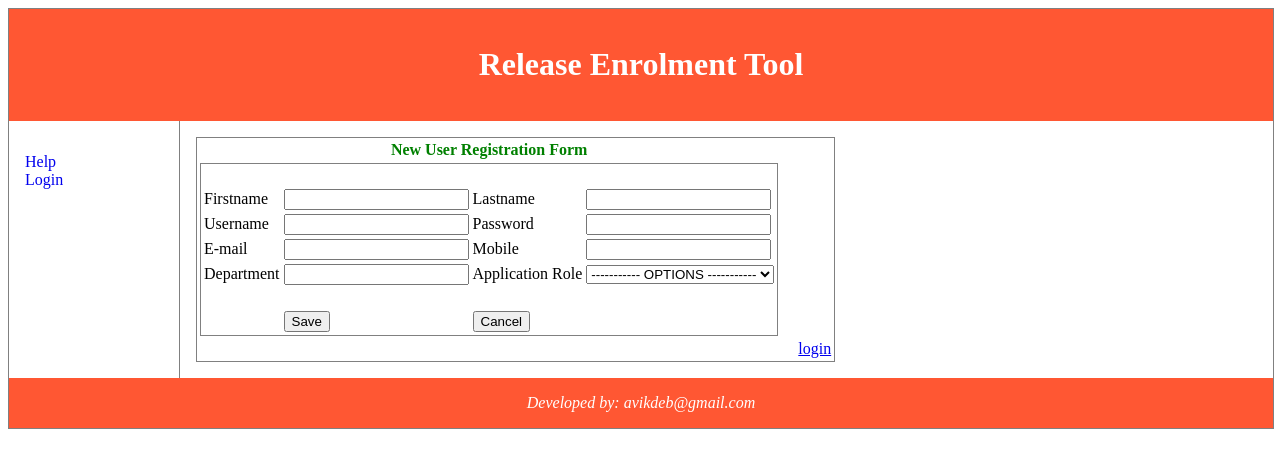
Repository: guribrar/enrolmentapp
Page: http://localhost/enrolmentapp/newuser.jsp
The author's editor kept a copy of each file at every save. The page is drawn from the files as they stood at one save, then again after the next save.
The browser window is 1280 px wide. The pictures show the whole page.
The page is served by Tomcat 9. Other server files are loaded and not shown. Queries for data that is not in the repository find no rows.

Above is the page before, as saved 2016-12-31 17:13:26.

### enrolmentapp/WebContent/newuser.jsp
<%@ page language="java" contentType="text/html; charset=ISO-8859-1"
    pageEncoding="ISO-8859-1"%>
<%@ taglib uri="http://java.sun.com/jsp/jstl/sql" prefix="sql" %>
<%@ taglib uri="http://java.sun.com/jsp/jstl/core" prefix="c" %>

<!DOCTYPE html PUBLIC "-//W3C//DTD HTML 4.01 Transitional//EN" "http://www.w3.org/TR/html4/loose.dtd">

<sql:query var="rs" dataSource="jdbc/enrolmentapp">
	select role from enrolmentapp.role
</sql:query>

<html>
<head>
<meta http-equiv="Content-Type" content="text/html; charset=ISO-8859-1">
<link rel="stylesheet" type="text/css" href="css/style.css">
<title>New User Registration</title>
</head>

<body>

<div class="container">

<header>
   <h1>Release Enrolment Tool</h1>
</header>

<nav>
  <ul>
    <li><a href="underconstruction.jsp">Help</a></li>
    <li><a href="login.jsp">Login</a></li>
  </ul>
</nav>


<article>
<table frame="box">
	<tr>
		<th><font color="green">New User Registration Form</font></th>
	</tr>
	<tr>
		<td>
			<form action="UserRegistrationServlet">
			<table frame="box">
				<tr>
					<td>&nbsp;</td>
					<td>&nbsp;</td>
					<td>&nbsp;</td>
					<td>&nbsp;</td>
				</tr>
				<tr>
					<td>Firstname</td>
					<td><input type="text" name="firstname" value="" /></td>
					<td>Lastname</td>
					<td><input type="text" name="lastname" value="" /></td>
				</tr>
				<tr>
					<td>Username</td>
					<td><input type="text" name="username" value="" /></td>
					<td>Password</td>
					<td><input type="password" name="password" value="" /></td>
				</tr>
				<tr>
					<td>E-mail</td>
					<td><input type="text" name="email" value="" /></td>
					<td>Mobile</td>
					<td><input type="text" name="mobile" value="" /></td>
				</tr>
				<tr>
					<td>Department</td>
					<td><input type="text" name="email" value="" /></td>
					<td>Application Role</td>
					<td>
						<select name="role">
							<option value="">----------- OPTIONS -----------</option>
							<c:forEach var="row" items="${rs.rows}">
    							<option value="${row.role}">${row.role}</option>
							</c:forEach>
						</select>
					</td>
				</tr>
				<tr>
					<td>&nbsp;</td>
					<td>&nbsp;</td>
					<td>&nbsp;</td>
					<td>&nbsp;</td>
				</tr>
				<tr>
					<td>&nbsp;</td>
					<td><input type="submit" name="save" value="Save"/></td>
					<td><input type="submit" name="cancel" value="Cancel"/></td>
					<td>&nbsp;</td>
				</tr>
			</table>
			</form>
		</td>
	</tr>
	<tr>
		<td>&nbsp;</td>
		<td>&nbsp;</td>
		<td>&nbsp;</td>
		<td><a href="login.jsp">login</a></td>
	</tr>
</table>

</article>

<footer><i>Developed by: avikdeb@gmail.com</i></footer>

</div>



</body>
</html>

### enrolmentapp/WebContent/css/style.css
@CHARSET "ISO-8859-1";

div.container {
    width: 100%;
    border: 1px solid gray;
}

header, footer {
    padding: 1em;
    color: white;
    background-color: #FF5733;
    clear: left;
    text-align: center;
}

nav {
    float: left;
    max-width: 160px;
    margin: 0;
    padding: 1em;
}

nav ul {
    list-style-type: none;
    padding: 0;
}

nav ul a {
    text-decoration: none;
}

article {
    margin-left: 170px;
    border-left: 1px solid gray;
    padding: 1em;
    overflow: hidden;
}

After the next save:
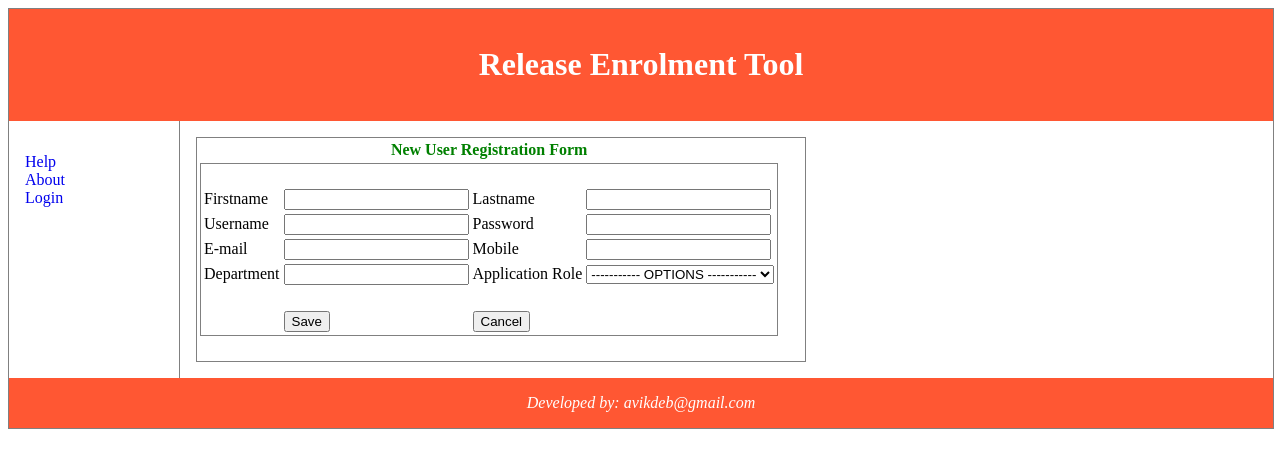
Saved 83 s later.
--- a/enrolmentapp/WebContent/newuser.jsp
+++ b/enrolmentapp/WebContent/newuser.jsp
@@ -27,6 +27,7 @@
 <nav>
   <ul>
     <li><a href="underconstruction.jsp">Help</a></li>
+    <li><a href="underconstruction.jsp">About</a></li>
     <li><a href="login.jsp">Login</a></li>
   </ul>
 </nav>
@@ -98,7 +99,8 @@
 		<td>&nbsp;</td>
 		<td>&nbsp;</td>
 		<td>&nbsp;</td>
-		<td><a href="login.jsp">login</a></td>
+		<td>&nbsp;</td>
+		<!--td><a href="login.jsp">login</a></td-->
 	</tr>
 </table>
 
